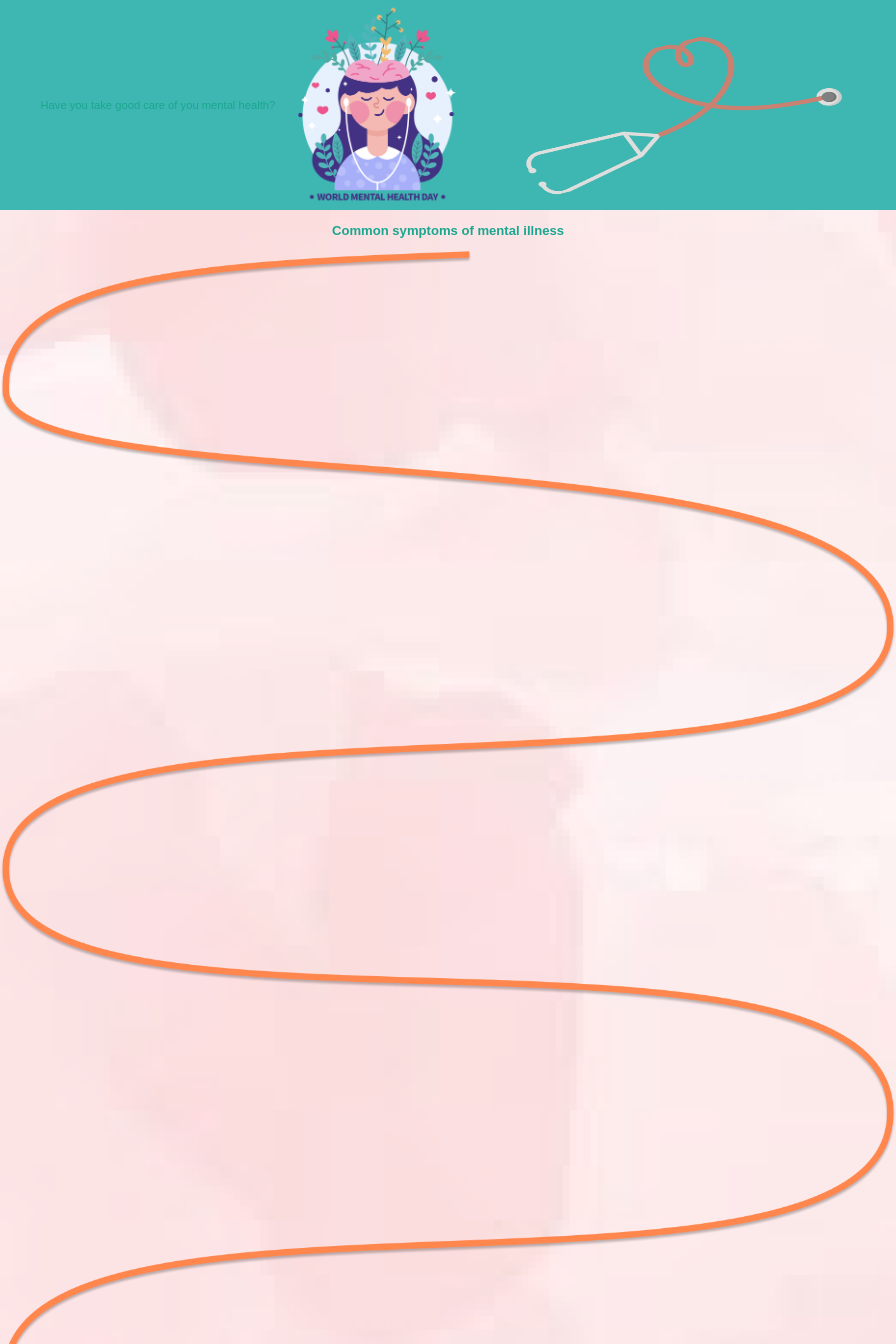
Repository: zzs1/2109-Dynamic-Content-Project
Page: Shin_code/index.html
These files come from the project's save history. The page is drawn as it stood at one moment and after the next save; the edit follows.
The browser window is 1280 px wide. The pictures show the part of the page from y = 0 to 1920 px (the page is 3168 px tall before and 2930 px after), at 70% of full size.
Some web fonts or font styles are not loaded; a fallback is used.

Above is the page before, as saved 2021-03-08 23:57:01.

### Shin_code/index.html
<html lang="en">
<head>
  <meta charset="UTF-8">
  <meta name="viewport" content="width=device-width, initial-scale=1.0">
  <link href="index.css" rel="stylesheet" type="text/css" >
  <link rel="preconnect" href="https://fonts.gstatic.com">
  <link href="https://fonts.googleapis.com/css2?family=Saira+Semi+Condensed:wght@500&display=swap" rel="stylesheet">
  <link href="https://fonts.googleapis.com/css2?family=Solway:wght@700&display=swap" rel="stylesheet">
  <link href="https://fonts.googleapis.com/css2?family=Sniglet&display=swap" rel="stylesheet">
  <title>Midterm group project for MDIA 2109</title>
</head>
<body>
  <!--please place your code in #main -->
  <div id="main">
    <!--Shin Part: Brain-->
    <div class="header image">
      <div class="headerpic"></div>
    </div>

    <!--Shin Part: Header: Have you take good care of you mental health? -->
    <div class="header caption">
      <div class="headertitle">Have you take good care of
        you mental health?
      </div>
        <img class="headimg" src="comps/caption/headimage.png" alt="firstimg">
        <img class="sideimg" src="comps/caption/sideimage.png" alt="secondimg">
    </div>

    <!--Shin Part: content1: Common symptoms of mental illness -->
   <div class="content center">
     <h3 class="content sub1">Common symptoms of mental illness</h3>
     <img class="arrow" src="comps/content/Group 13.png" alt="arrowkey" width="100%">
     <div class="content form"></div>
   </div>

    <!--Shin: Dont be afraid part-->
    <div class="foot cap">
      <div class="footline">Don't be afraid!</div>
      <div class="footpara">
        THE ABOVE SITUATION ARE THE SIGNS OF
        HAVING MENTAL HEALTH ISSUE AND IT IS <span style="color: yellow;">NORMAL</span> TO HAVE MENTAL DISORDER
      </div>
    </div>


  </div>

  <!--Shin scripts start from here-->
  <script src="comps/caption/index.js"></script>
   <script src="comps/headerpic/index.js"></script>
</body>
</html>

### Shin_code/index.css
html,body {
  margin:0;
}

#main {
  width:100vw;
  height:100vh;
  display:flex;
  flex-direction: column;
}
/* Shin */
.header {
  display: flex;
  width: 100%;
  align-items: center;
  justify-content: center;
}

.image {
  background-image: url("comps/headerpic/headerbackground.png");

}
.caption {
  background-color: #3EB7B2;
  width:100%;
  height: 740px;
  left: -1px;
  top: 0px;

}

.sub1 {
  text-align: center;
  color: #1BA68F;
  font-family:'Saira Semi Condensed', sans-serif;
}

.sub2 {
  text-align: center;
  color: yellow;
}

.headertitle{
  font-family:'Saira Semi Condensed', sans-serif;
  color: #1BA68F;
  text-align: center;
}
.cap{
  background-color: #6ED1BF;
  text-align: center;
}
.footline{
  text-align: center;
  font-family: 'Solway', serif;
  color: yellow;
  font-size: 120px;
  line-height: 144px;
  text-shadow: 0px 4px 4px rgba(0, 0, 0, 0.25);
  transform: matrix(1, 0, 0, 1, 0, 0);
}
.footpara{
font-family:'Saira Semi Condensed', sans-serif;
font-style: normal;
font-weight: 400;
font-size: 60px;
line-height: 94px;
color: #FFFFFF;
}
.center{
  background-image: url("comps/content/background.png");
  display: inline;
}
.headertitle{

}
.headimg{
width: 300px;
height: 300px;
left: -11px;
top: 400px;
}
.sideimg{
right: -11px;
top: 400px;
width: 529px;
height: 265px;
}
.arrow{
  z-index: -1;
}

/* DONT TOUCH !! Chisaki Part Start from here */
.container {
 min-width:100%;
}
.cardquestions{
  background-color:#1BA68F;
}
.card {
  display:flex;
  flex-direction:row;
  flex-wrap: wrap;
  justify-content:center;
  align-items: center;
  margin:30px;
  font-family: 'Saira Semi Condensed', sans-serif;
}
.mid{
  background-color:#FFFFFF;
  text-align: center;
}
.midtitle {
 color:#1BA68F;
 font-family: 'Saira Semi Condensed', sans-serif;

}

.iconsection {
  background-color:#FFAA81;

}
.title,.title2{
  display: flex;
  justify-content:center;
  align-items: center;
  margin:30px;
  font-family: 'Saira Semi Condensed', sans-serif;
}

.icon {
  display: flex;
  flex-wrap: wrap;
  justify-content:center;
  align-items: center;
  margin:10px;
  font-family: 'Saira Semi Condensed', sans-serif;

}
.subtitle {
  color:#FFEBE4;
  text-align: center;
  font-family: 'Saira Semi Condensed', sans-serif;
}
.hidden{
  display:none;
}
.info {
justify-content: center;
align-items: center;
font-family: 'Saira Semi Condensed', sans-serif;
}

### Shin_code/comps/caption/index.js
function captionUI(text="filler"){
return`<div style='position: absolute;
width: 150px;
height: 300px;
left: calc(50% - 1345px/2 + 16px);
top: 169px;
background-color: #FFFFFF;
border-radius: 30px;'><p style='font-family: Sniglet;
font-style: normal;
font-weight: normal;
font-size: 80px;
line-height: 100px;
text-align: center;'>${text}</p></div>

`
}

Loaded but not shown: Shin_code/comps/headerpic/index.js (no copy from this time; the picture is the same without it)

After the next save:
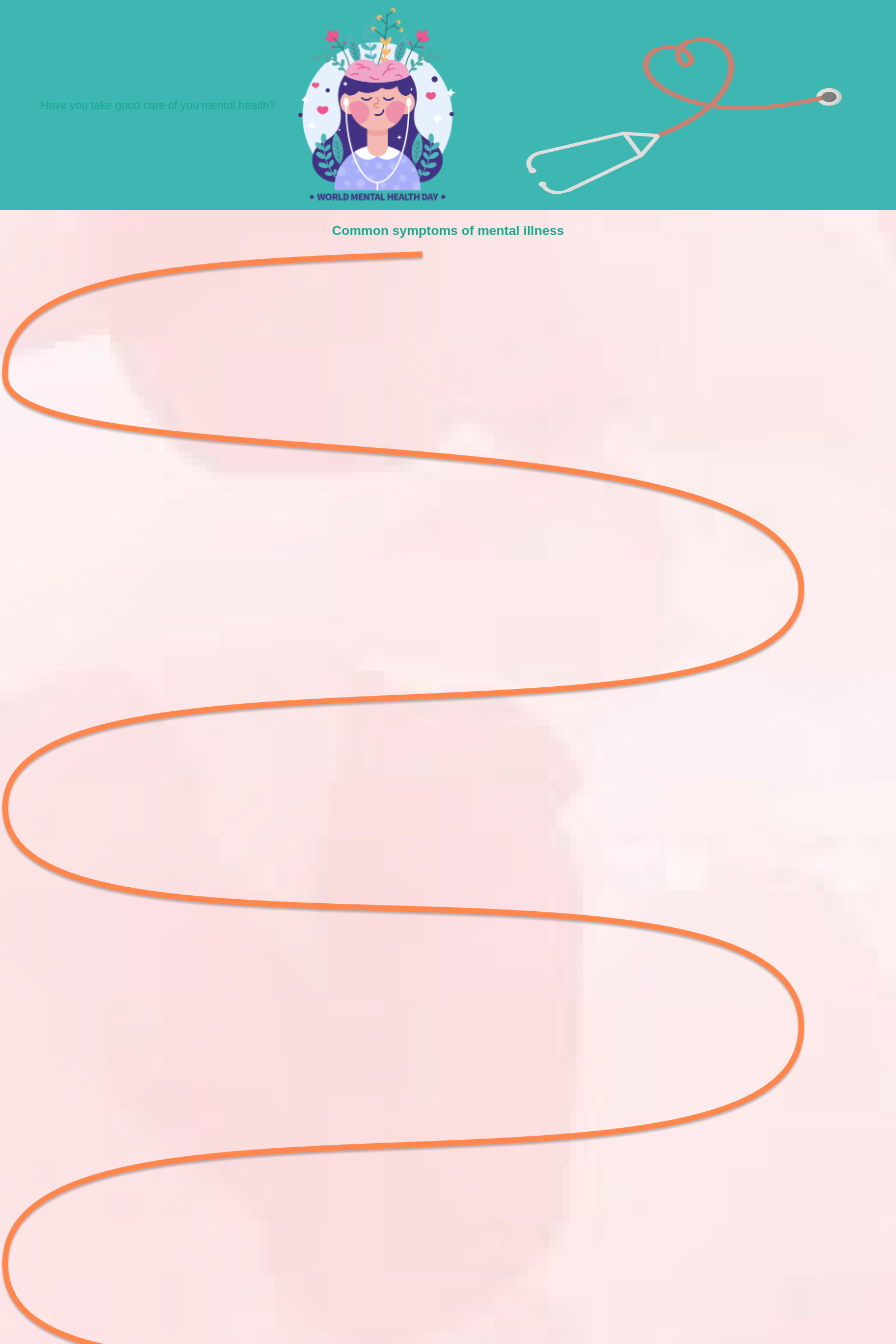
Saved 18 s later.
--- a/Shin_code/index.html
+++ b/Shin_code/index.html
@@ -29,7 +29,7 @@
     <!--Shin Part: content1: Common symptoms of mental illness -->
    <div class="content center">
      <h3 class="content sub1">Common symptoms of mental illness</h3>
-     <img class="arrow" src="comps/content/Group 13.png" alt="arrowkey" width="100%">
+     <img class="arrow" src="comps/content/Group 13.png" alt="arrowkey" width="90%">
      <div class="content form"></div>
    </div>
 
